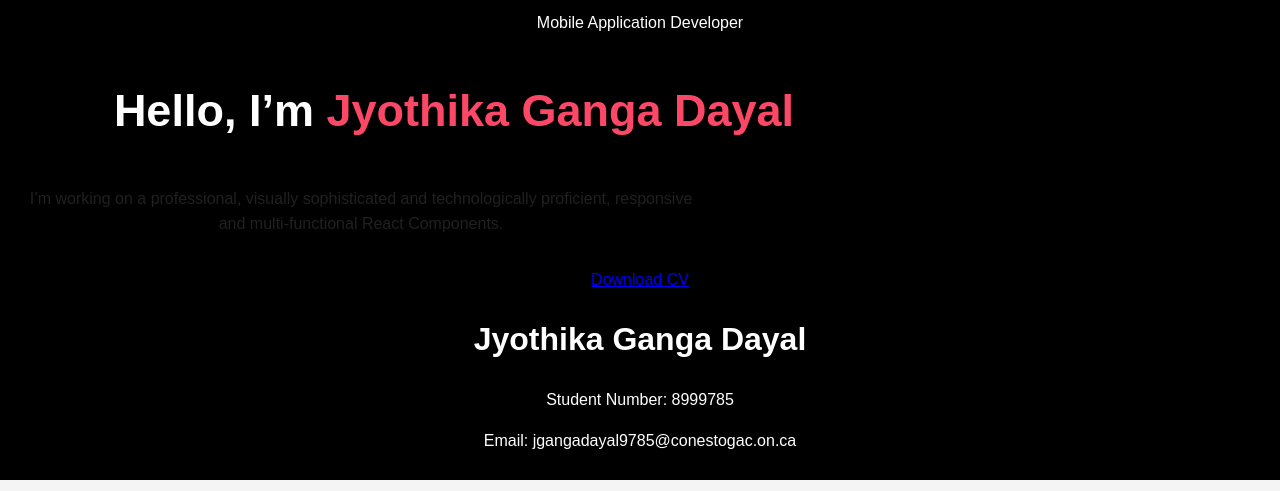
Repository: jyothika123/portfolio
Page: index.html
These files come from the project's save history. The page is drawn as it stood at one moment and after the next save; the edit follows.
The browser window is 1280 px wide. The pictures show the part of the page from y = 0 to 491 px (the page is 1286 px tall before and 1158 px after).
Pictures or frames that could not be fetched are drawn as grey boxes.

Above is the page before, as saved 2024-09-22 15:21:18.

After the next save:
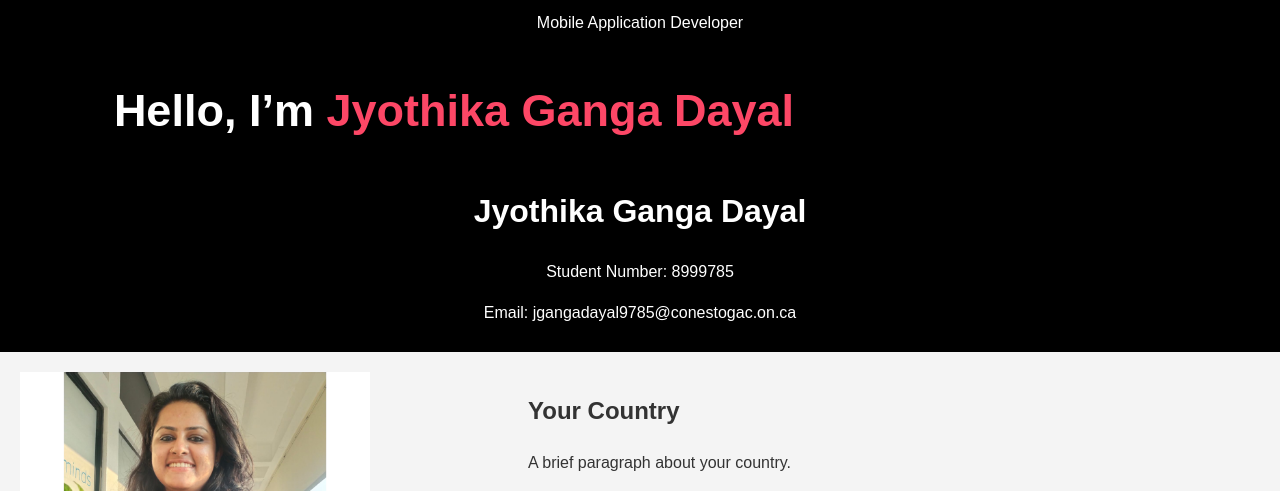
Saved 40 s later.
--- a/index.html
+++ b/index.html
@@ -11,12 +11,6 @@
         <div class="content">
             <span class="title">Mobile Application Developer</span>
             <h1>Hello, I’m <span>Jyothika Ganga Dayal</span></h1>
-            <p>
-              I’m working on a professional, visually sophisticated and
-              technologically proficient, responsive and multi-functional React
-              Components.
-            </p>
-            <a href="#" class="btn">Download CV</a>
           </div>
         <h1>Jyothika Ganga Dayal</h1>
         <p>Student Number: 8999785</p>
